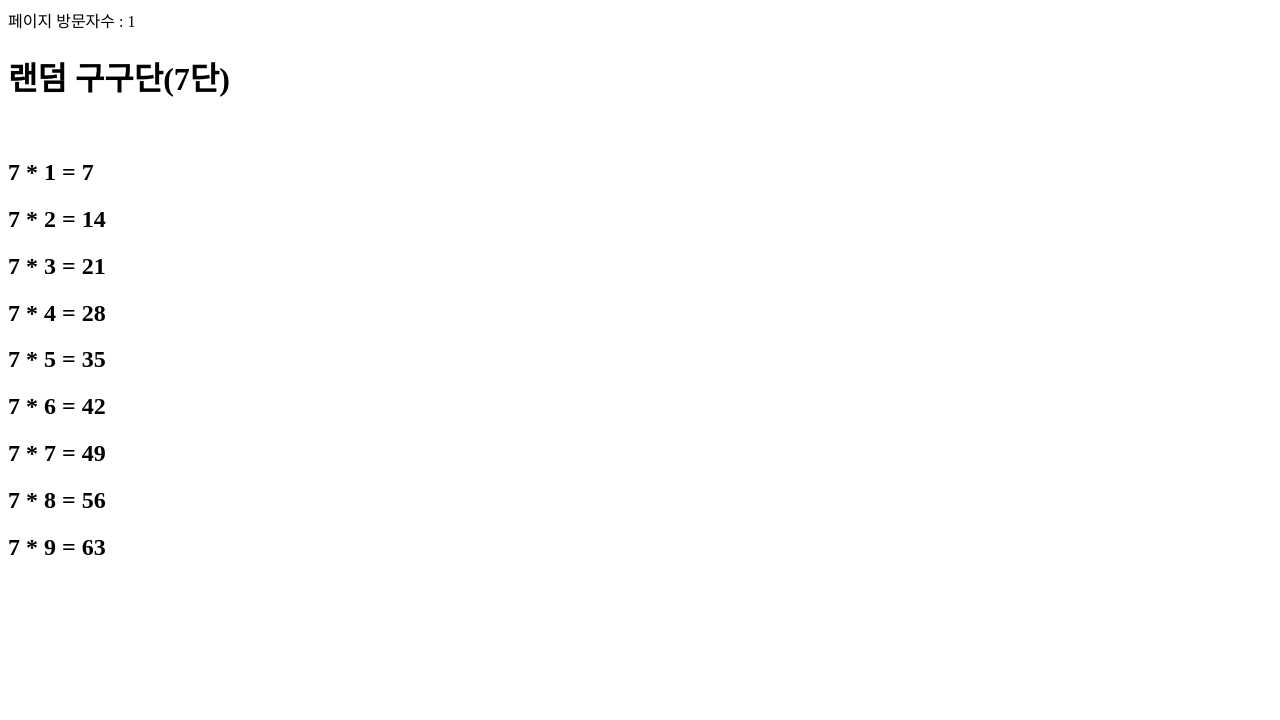
Repository: JongMin22/jsp.practice
Page: http://localhost/JSPBasic/JsPTag/TagQ02.jsp
These files come from the project's save history. The page is drawn as it stood at one moment and after the next save; the edit follows.
The browser window is 1280 px wide. The pictures show the whole page.
The page is served by Tomcat 9.

Above is the page before, as saved 2022-02-02 13:24:39.

### JSPBasic/src/main/webapp/JsPTag/TagQ02.jsp
<%@ page language="java" contentType="text/html; charset=UTF-8"
    pageEncoding="UTF-8"%>
<!DOCTYPE html>
<html>
<head>
<meta charset="UTF-8">
<title>Insert title here</title>
</head>
<body>
<%!
public int count =0;
int randomNum(){
	return (int)(Math.random()*7 + 2);

			}

%>
<%
int currentNum=0;
out.println("페이지 방문자수 : " +  ++count);
int a = randomNum();
out.println("<h1>"+"랜덤 구구단"+"("+a+"단)" +"</h1>"+"<br/>");
for(int i=1; i<10; i++){
		 out.println("<h2>"+a + " * "+ i + " = " + a*i + "<br/>");}
%>
<body>
</html>

After the next save:
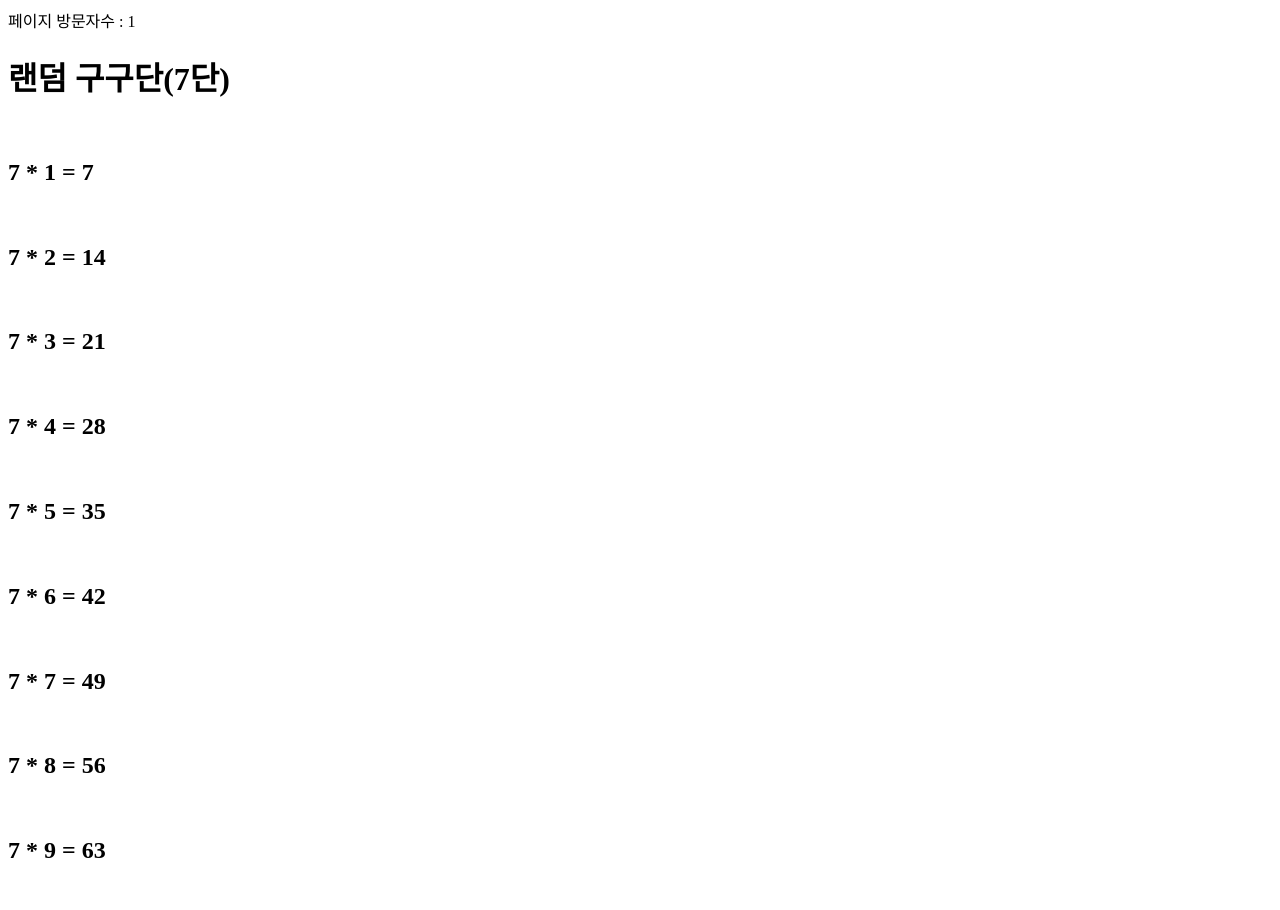
Saved 16 s later.
--- a/JSPBasic/src/main/webapp/JsPTag/TagQ02.jsp
+++ b/JSPBasic/src/main/webapp/JsPTag/TagQ02.jsp
@@ -19,9 +19,9 @@
 int currentNum=0;
 out.println("페이지 방문자수 : " +  ++count);
 int a = randomNum();
-out.println("<h1>"+"랜덤 구구단"+"("+a+"단)" +"</h1>"+"<br/>");
+out.println("<h1>"+"랜덤 구구단"+"("+a+"단)" +"</h1>"+ "<br/>");
 for(int i=1; i<10; i++){
-		 out.println("<h2>"+a + " * "+ i + " = " + a*i + "<br/>");}
+		 out.println("<h2>"+a + " * "+ i + " = " + a*i + "</h2>"+"<br/>");}
 %>
 <body>
 </html>

After the save that followed:
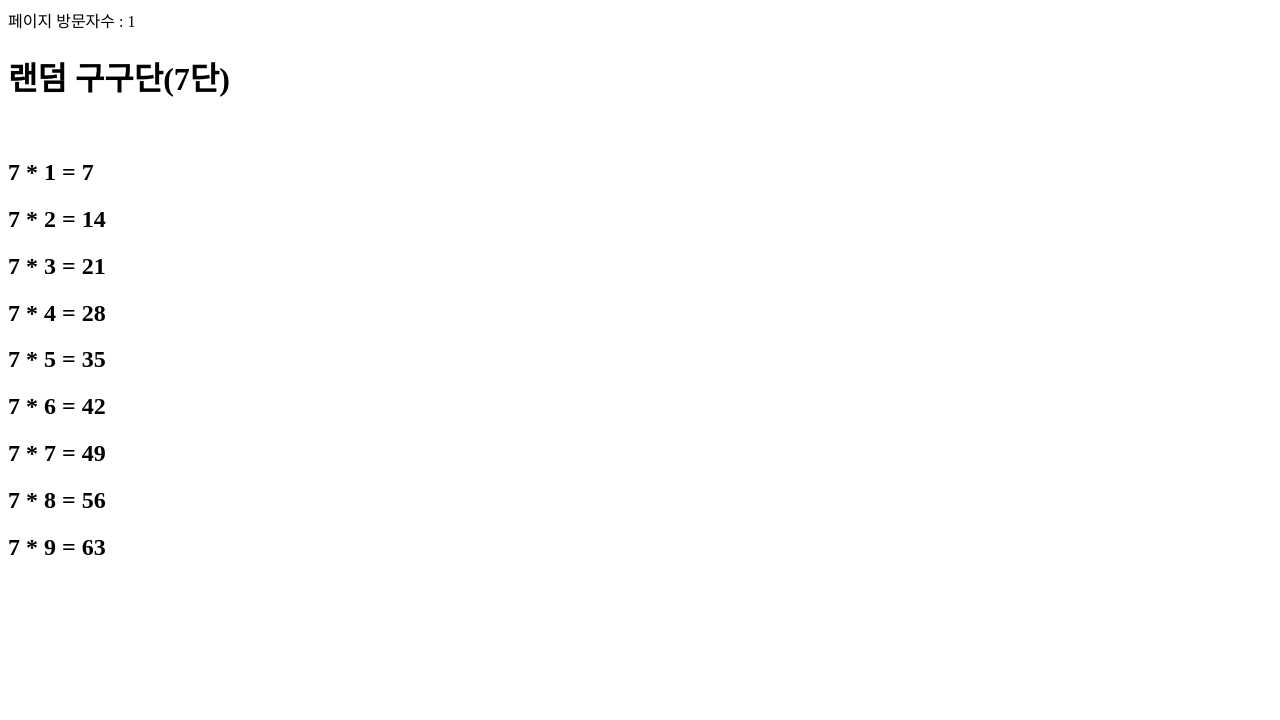
Saved 44 s later.
--- a/JSPBasic/src/main/webapp/JsPTag/TagQ02.jsp
+++ b/JSPBasic/src/main/webapp/JsPTag/TagQ02.jsp
@@ -21,7 +21,7 @@
 int a = randomNum();
 out.println("<h1>"+"랜덤 구구단"+"("+a+"단)" +"</h1>"+ "<br/>");
 for(int i=1; i<10; i++){
-		 out.println("<h2>"+a + " * "+ i + " = " + a*i + "</h2>"+"<br/>");}
+		 out.println("<h2>"+a + " * "+ i + " = " + a*i + "</h2>");}
 %>
 <body>
 </html>
